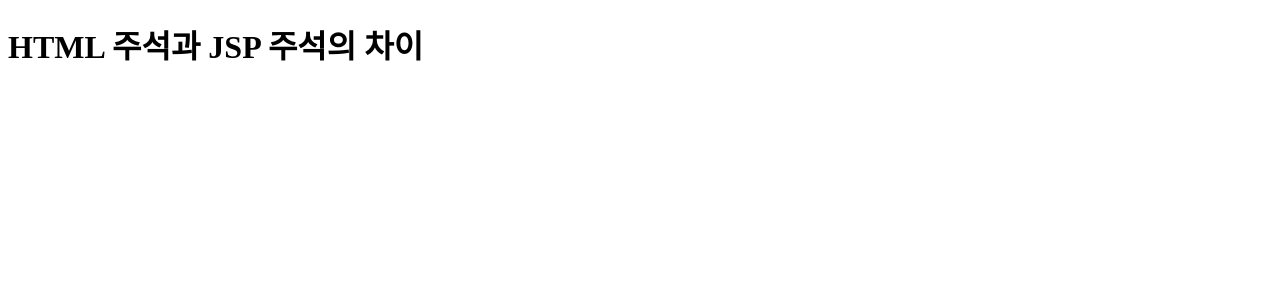
Repository: JuHyeon-S/21-1-Web-Back-end_Programming
Page: http://localhost/week06_1/comment.jsp
These files come from the project's save history. The page is drawn as it stood at one moment and after the next save; the edit follows.
The browser window is 1280 px wide. The pictures show the whole page.
The page is served by Tomcat 9.

Above is the page before, as saved 2021-04-11 19:07:43.

### week06/week06_1/src/main/webapp/comment.jsp
<%@page import="java.util.Calendar"%>
<%@ page language="java" contentType="text/html; charset=EUC-KR"
    pageEncoding="EUC-KR"%>
<!DOCTYPE html>
<html>
<head>
<meta charset="EUC-KR">
<title>Insert title here</title>
</head>
<body>
	<h1>HTML 주석과 JSP 주석의 차이</h1>
	<!-- 이것은 HTML 주석으로 웹 브라우저의 [소스보기]에서 보입니다. -->
	<%--다음은 자바 코드의 스크립트릿입니다. --%>
	<%
		String str;
		if (java.util.Calendar.getInstance().get(java.util.Calendar.HOUR_OF_DAY)>=12)
			str = "오후";
		else
	%>
</body>
</html>

After the next save:
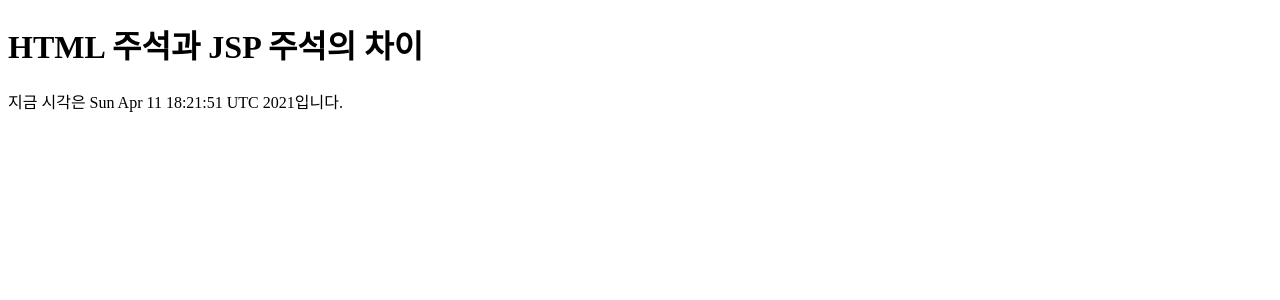
Saved 49 s later.
--- a/week06/week06_1/src/main/webapp/comment.jsp
+++ b/week06/week06_1/src/main/webapp/comment.jsp
@@ -16,6 +16,9 @@
 		if (java.util.Calendar.getInstance().get(java.util.Calendar.HOUR_OF_DAY)>=12)
 			str = "오후";
 		else
+			str = "오전";
 	%>
+	<!-- 지금은 <%= str %> -->
+	지금 시각은 <%= new java.util.Date() %>입니다.
 </body>
 </html>
